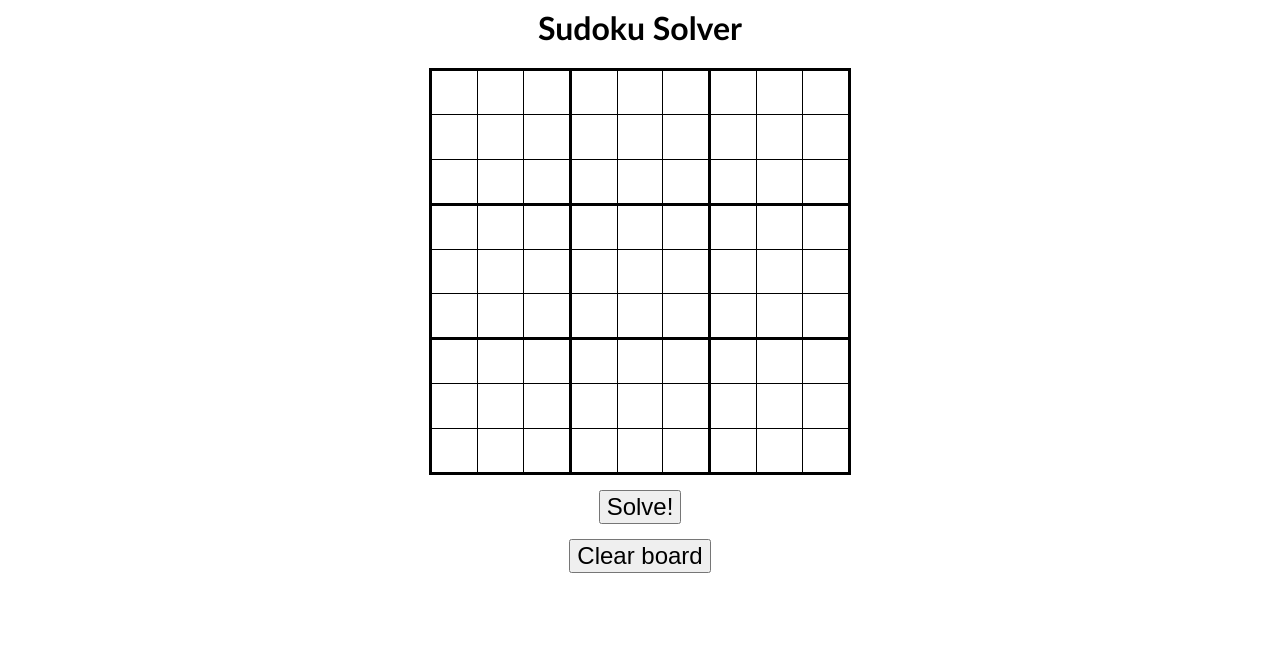
Repository: Sayan-100/Sudoku-solver
Page: sudokuSolver-main/index.html
The author's editor kept a copy of each file at every save. The page is drawn from the files as they stood at one save, then again after the next save.
The browser window is 1280 px wide. The pictures show the whole page.

Above is the page before, as saved 2022-08-07 21:23:53.

### sudokuSolver-main/index.html
<html>

<head>
    <title></title>
    <script type="text/javascript" src="sudoku.js"></script>
    <script type="text/javascript" src="analytics.js"></script>
    <style type="text/css">
        body {
            font-family: Calibri, sans-serif;
        }

        #container {
            text-align: center
        }

        table {
            border-collapse: collapse;
            font-size: 2em;
            margin: 0 auto;
        }

        colgroup,
        tbody {
            border: solid medium;
        }

        td {
            border: solid thin;
            height: 1.4em;
            width: 1.4em;
            text-align: center;
            padding: 0;
        }

        button {
            margin-top: 15px;
            font-size: 1.5em;
        }

        padd {
            padding-bottom: 100px;
        }

        ]
    </style>
</head>

<body>


    <div id="container">
        <!-- <img src="gfg.png" style = "height:100px ; width: 400px; align ="left" "  > -->

        <h1 class="padd">Sudoku Solver</h1>

        <table id="sudoku-board">


            <colgroup>
                <col>
                <col>
                <col>
                <colgroup>
                    <col>
                    <col>
                    <col>
                    <colgroup>
                        <col>
                        <col>
                        <col>
                        <tbody>
                            <tr>
                                <td contenteditable="true"></td>
                                <td contenteditable="true"></td>
                                <td contenteditable="true"></td>
                                <td contenteditable="true"></td>
                                <td contenteditable="true"></td>
                                <td contenteditable="true"></td>
                                <td contenteditable="true"></td>
                                <td contenteditable="true"></td>
                                <td contenteditable="true"></td>
                                <tr>
                                    <td contenteditable="true"></td>
                                    <td contenteditable="true"></td>
                                    <td contenteditable="true"></td>
                                    <td contenteditable="true"></td>
                                    <td contenteditable="true"></td>
                                    <td contenteditable="true"></td>
                                    <td contenteditable="true"></td>
                                    <td contenteditable="true"></td>
                                    <td contenteditable="true"></td>
                                    <tr>
                                        <td contenteditable="true"></td>
                                        <td contenteditable="true"></td>
                                        <td contenteditable="true"></td>
                                        <td contenteditable="true"></td>
                                        <td contenteditable="true"></td>
                                        <td contenteditable="true"></td>
                                        <td contenteditable="true"></td>
                                        <td contenteditable="true"></td>
                                        <td contenteditable="true"></td>
                                        <tbody>
                                            <tr>
                                                <td contenteditable="true"></td>
                                                <td contenteditable="true"></td>
                                                <td contenteditable="true"></td>
                                                <td contenteditable="true"></td>
                                                <td contenteditable="true"></td>
                                                <td contenteditable="true"></td>
                                                <td contenteditable="true"></td>
                                                <td contenteditable="true"></td>
                                                <td contenteditable="true"></td>
                                                <tr>
                                                    <td contenteditable="true"></td>
                                                    <td contenteditable="true"></td>
                                                    <td contenteditable="true"></td>
                                                    <td contenteditable="true"></td>
                                                    <td contenteditable="true"></td>
                                                    <td contenteditable="true"></td>
                                                    <td contenteditable="true"></td>
                                                    <td contenteditable="true"></td>
                                                    <td contenteditable="true"></td>
                                                    <tr>
                                                        <td contenteditable="true"></td>
                                                        <td contenteditable="true"></td>
                                                        <td contenteditable="true"></td>
                                                        <td contenteditable="true"></td>
                                                        <td contenteditable="true"></td>
                                                        <td contenteditable="true"></td>
                                                        <td contenteditable="true"></td>
                                                        <td contenteditable="true"></td>
                                                        <td contenteditable="true"></td>
                                                        <tbody>
                                                            <tr>
                                                                <td contenteditable="true"></td>
                                                                <td contenteditable="true"></td>
                                                                <td contenteditable="true"></td>
                                                                <td contenteditable="true"></td>
                                                                <td contenteditable="true"></td>
                                                                <td contenteditable="true"></td>
                                                                <td contenteditable="true"></td>
                                                                <td contenteditable="true"></td>
                                                                <td contenteditable="true"></td>
                                                                <tr>
                                                                    <td contenteditable="true"></td>
                                                                    <td contenteditable="true"></td>
                                                                    <td contenteditable="true"></td>
                                                                    <td contenteditable="true"></td>
                                                                    <td contenteditable="true"></td>
                                                                    <td contenteditable="true"></td>
                                                                    <td contenteditable="true"></td>
                                                                    <td contenteditable="true"></td>
                                                                    <td contenteditable="true"></td>
                                                                    <tr>
                                                                        <td contenteditable="true"></td>
                                                                        <td contenteditable="true"></td>
                                                                        <td contenteditable="true"></td>
                                                                        <td contenteditable="true"></td>
                                                                        <td contenteditable="true"></td>
                                                                        <td contenteditable="true"></td>
                                                                        <td contenteditable="true"></td>
                                                                        <td contenteditable="true"></td>
                                                                        <td contenteditable="true"></td>
        </table>
        <div>
            <button id="solve-button">Solve!</button>
        </div>
        <div>
            <button id="clear-button">Clear board</button>
        </div>
    </div>
</body>

<script type="text/javascript">
    document.getElementById("sudoku-board").addEventListener("keyup", function(event) {
        if (event.target && event.target.nodeName == "TD") {
            var validNum = /[1-9]/;
            var tdEl = event.target;
            if (tdEl.innerText.length > 0 && validNum.test(tdEl.innerText[0])) {
                tdEl.innerText = tdEl.innerText[0];
            } else {
                tdEl.innerText = "";
            }
        }
    });

    document.getElementById("solve-button").addEventListener("click", function(event) {
        var boardString = boardToString();
        var solution = SudokuSolver.solve(boardString);
        if (solution) {
            stringToBoard(solution);
        } else {
            alert("Invalid board!");
        }
    })

    document.getElementById("clear-button").addEventListener("click", clearBoard);

    function clearBoard() {
        var tds = document.getElementsByTagName("td");
        for (var i = 0; i < tds.length; i++) {
            tds[i].innerText = "";
        }
    }

    function boardToString() {
        var string = "";
        var validNum = /[1-9]/;
        var tds = document.getElementsByTagName("td");
        for (var i = 0; i < tds.length; i++) {
            if (validNum.test(tds[i].innerText[0])) {
                string += tds[i].innerText;
            } else {
                string += "-";
            }
        }
        return string;
    }

    function stringToBoard(string) {
        var currentCell;
        var validNum = /[1-9]/;
        var cells = string.split("");
        var tds = document.getElementsByTagName("td");
        for (var i = 0; i < tds.length; i++) {
            currentCell = cells.shift();
            if (validNum.test(currentCell)) {
                tds[i].innerText = currentCell;
            }
        }
    }
</script>

</html>

### sudokuSolver-main/sudoku.js
"use strict";

var EASY_PUZZLE = "1-58-2----9--764-52--4--819-19--73-6762-83-9-----61-5---76---3-43--2-5-16--3-89--";
var MEDIUM_PUZZLE = "-3-5--8-45-42---1---8--9---79-8-61-3-----54---5------78-----7-2---7-46--61-3--5--";
var HARD_PUZZLE = "8----------36------7--9-2---5---7-------457-----1---3---1----68--85---1--9----4--";

// Set this variable to true to publicly expose otherwise private functions inside of SudokuSolver
var TESTABLE = true;

var SudokuSolver = function (testable) {
  var solver;

  // PUBLIC FUNCTIONS
  function solve(boardString) {
    var boardArray = boardString.split("");
    if (boardIsInvalid(boardArray)) {
      return false;
    }
    return recursiveSolve(boardString);
  }

  function solveAndPrint(boardString) {
    var solvedBoard = solve(boardString);
    console.log(toString(solvedBoard.split("")));
    return solvedBoard;
  }

  // PRIVATE FUNCTIONS
  function recursiveSolve(boardString) {
    var boardArray = boardString.split("");
    if (boardIsSolved(boardArray)) {
      return boardArray.join("");
    }
    var cellPossibilities = getNextCellAndPossibilities(boardArray);
    var nextUnsolvedCellIndex = cellPossibilities.index;
    var possibilities = cellPossibilities.choices;
    for (var i = 0; i < possibilities.length; i++) {
      boardArray[nextUnsolvedCellIndex] = possibilities[i];
      var solvedBoard = recursiveSolve(boardArray.join(""));
      if (solvedBoard) {
        return solvedBoard;
      }
    }
    return false;
  }

  function boardIsInvalid(boardArray) {
    return !boardIsValid(boardArray);
  }

  function boardIsValid(boardArray) {
    return allRowsValid(boardArray) && allColumnsValid(boardArray) && allBoxesValid(boardArray);
  }

  function boardIsSolved(boardArray) {
    for (var i = 0; i < boardArray.length; i++) {
      if (boardArray[i] === "-") {
        return false;
      }
    }
    return true;
  }

  function getNextCellAndPossibilities(boardArray) {
    for (var i = 0; i < boardArray.length; i++) {
      if (boardArray[i] === "-") {
        var existingValues = getAllIntersections(boardArray, i);
        var choices = ["1", "2", "3", "4", "5", "6", "7", "8", "9"].filter(function (num) {
          return existingValues.indexOf(num) < 0;
        });
        return { index: i, choices: choices };
      }
    }
  }

  function getAllIntersections(boardArray, i) {
    return getRow(boardArray, i).concat(getColumn(boardArray, i)).concat(getBox(boardArray, i));
  }

  function allRowsValid(boardArray) {
    return [0, 9, 18, 27, 36, 45, 54, 63, 72].map(function (i) {
      return getRow(boardArray, i);
    }).reduce(function (validity, row) {
      return collectionIsValid(row) && validity;
    }, true);
  }

  function getRow(boardArray, i) {
    var startingEl = Math.floor(i / 9) * 9;
    return boardArray.slice(startingEl, startingEl + 9);
  }

  function allColumnsValid(boardArray) {
    return [0, 1, 2, 3, 4, 5, 6, 7, 8].map(function (i) {
      return getColumn(boardArray, i);
    }).reduce(function (validity, row) {
      return collectionIsValid(row) && validity;
    }, true);
  }

  function getColumn(boardArray, i) {
    var startingEl = Math.floor(i % 9);
    return [0, 1, 2, 3, 4, 5, 6, 7, 8].map(function (num) {
      return boardArray[startingEl + num * 9];
    });
  }

  function allBoxesValid(boardArray) {
    return [0, 3, 6, 27, 30, 33, 54, 57, 60].map(function (i) {
      return getBox(boardArray, i);
    }).reduce(function (validity, row) {
      return collectionIsValid(row) && validity;
    }, true);
  }

  function getBox(boardArray, i) {
    var boxCol = Math.floor(i / 3) % 3;
    var boxRow = Math.floor(i / 27);
    var startingIndex = boxCol * 3 + boxRow * 27;
    return [0, 1, 2, 9, 10, 11, 18, 19, 20].map(function (num) {
      return boardArray[startingIndex + num];
    });
  }

  function collectionIsValid(collection) {
    var numCounts = {};
    for(var i = 0; i < collection.length; i++) {
      if (collection[i] != "-") {
        if (numCounts[collection[i]] === undefined) {
          numCounts[collection[i]] = 1;
        } else {
          return false;
        }
      }
    }
    return true;
  }

  function toString(boardArray) {
    return [0, 9, 18, 27, 36, 45, 54, 63, 72].map(function (i) {
      return getRow(boardArray, i).join(" ");
    }).join("\n");
  }

  if (testable) {
    // These methods will be exposed publicly when testing is on.
    solver = {
      solve: solve,
      solveAndPrint: solveAndPrint,
      recursiveSolve: recursiveSolve,
      boardIsInvalid: boardIsInvalid,
      boardIsValid: boardIsValid,
      boardIsSolved: boardIsSolved,
      getNextCellAndPossibilities: getNextCellAndPossibilities,
      getAllIntersections: getAllIntersections,
      allRowsValid: allRowsValid,
      getRow: getRow,
      allColumnsValid: allColumnsValid,
      getColumn: getColumn,
      allBoxesValid: allBoxesValid,
      getBox: getBox,
      collectionIsValid: collectionIsValid,
      toString: toString };
  } else {
    // These will be the only public methods when testing is off.
    solver = { solve: solve,
      solveAndPrint: solveAndPrint };
  }

  return solver;
}(TESTABLE);

After the next save:
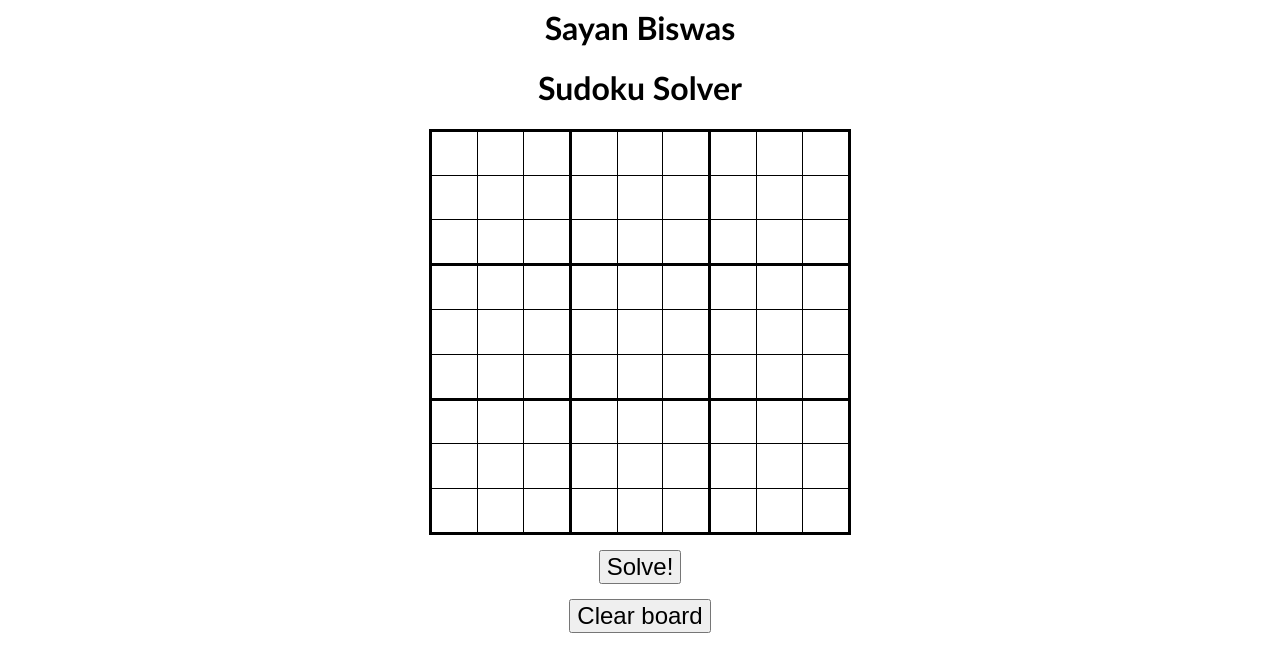
Saved 59 s later.
--- a/sudokuSolver-main/index.html
+++ b/sudokuSolver-main/index.html
@@ -51,6 +51,7 @@
     <div id="container">
         <!-- <img src="gfg.png" style = "height:100px ; width: 400px; align ="left" "  > -->
 
+        <h1 class="padd">Sayan Biswas</h1>
         <h1 class="padd">Sudoku Solver</h1>
 
         <table id="sudoku-board">
